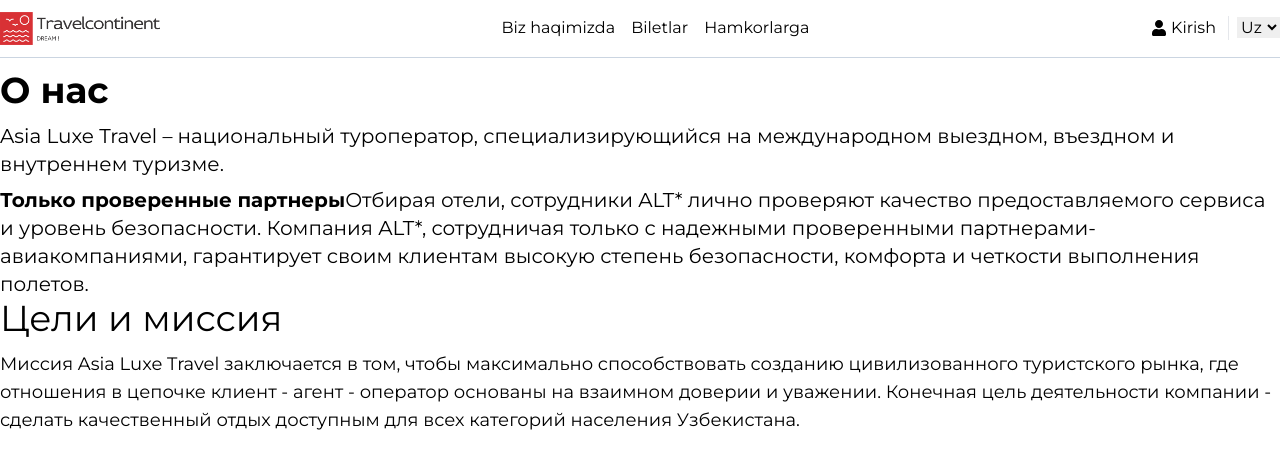
Repository: ziyodbek0300/avia-sales_
Page: /about-us
An editor plug-in stored every save of this project. The page is shown before and after a run of saves, followed by the edit.
The browser window is 1280 px wide. The pictures show the whole page.
The project was rebuilt for these pictures with package versions that can differ from the ones it lists, and the page was loaded fresh each time. Also part of the build but not shown: src/containers/home/Home.jsx.

Above is the page before, as saved 2022-06-04 00:33:12.

### src/index.js
import React from 'react';
import ReactDOM from 'react-dom/client';
import './index.scss';
import App from './App';
import { BrowserRouter } from 'react-router-dom';

// Import the functions you need from the SDKs you need
import { initializeApp } from "firebase/app";

const firebaseConfig = {
  apiKey: "AIzaSyCh8iVwHAk4edTRMCTfsixFgQGgbxiQ__o",
  authDomain: "travelcontinent-6deec.firebaseapp.com",
  projectId: "travelcontinent-6deec",
  storageBucket: "travelcontinent-6deec.appspot.com",
  messagingSenderId: "267962106998",
  appId: "1:267962106998:web:0326271bfbdab5676e8b57"
};

// Initialize Firebase
const app = initializeApp(firebaseConfig);
const root = ReactDOM.createRoot(document.getElementById('root'));
root.render(
  <React.StrictMode>
    <BrowserRouter>
      <App />
    </BrowserRouter>
  </React.StrictMode>
)

### src/index.scss
@tailwind base;
@tailwind components;
@tailwind utilities;
// font by google fonts
@import url('https://fonts.googleapis.com/css2?family=Montserrat:ital,wght@0,100;0,200;0,300;0,400;0,500;0,600;0,700;0,800;0,900;1,100;1,200;1,300;1,400;1,500;1,600;1,700;1,800;1,900&display=swap');

* {
  font-family: 'Montserrat', sans-serif;
}

code {
  font-family: source-code-pro, Menlo, Monaco, Consolas, 'Courier New',
    monospace;
}

.card-filter-courses {
  top: 5rem !important;
}

.card {
  grid-row: 1 / 3;
  background-size: cover;
  background-repeat: no-repeat;
}

/*main courses */
.main-courses {
  display: grid;
  grid-template-columns: 1fr 1fr;
  grid-template-rows: 10rem 10rem;
  grid-gap: 1rem;
}

.main-courses div:first-child {
  grid-row: 1 / 3;
}

.main-courses div {
  background-repeat: no-repeat;
  background-size: cover;
  background-image: linear-gradient(rgba(0, 0, 0, 0.1), rgba(0, 0, 0, 0.1));
  color: #fff;
}

.bg-custom {
  background: #f4f8fa !important;
}

### src/App.js
import { Route, Routes } from "react-router-dom";
import Navbar from "./components/navbar/Navbar";
import About from "./containers/about/About";
import Home from "./containers/home/Home";

function App() {
  return (
    <div>
      <Navbar />
      <Routes>
        <Route path="/" element={<Home />} />
        <Route path="/about-us" element={<About />} />
      </Routes>
    </div>
  );
}

export default App;

### src/components/navbar/Navbar.jsx
import React from 'react'
import { FaUser } from 'react-icons/fa';
import { NavLink } from 'react-router-dom';
import Logo from '../../static/images/logo.png'

function Navbar() {
    return (
        <div className='border-b border-b-slate-300 py-3'>
            <nav className=' flex justify-between items-center max-w-7xl mx-auto'>
                <div className="logo">
                    <img src={Logo} className="w-40" alt="logo" />
                </div>
                <ul className='flex gap-4'>
                    <li>
                        <NavLink to='/about-us'>Biz haqimizda</NavLink>
                    </li>
                    <li>Biletlar</li>
                    <li>Hamkorlarga</li>
                </ul>
                <ul className='flex gap-2'>
                    <li className='flex items-center border-r pr-3'>
                        <FaUser />&nbsp;Kirish
                    </li>
                    <li>
                        <select name="lang" id="lang" className='border-slate-500'>
                            <option value="uz">Uz</option>
                            <option value="uz">Ru</option>
                            <option value="uz">En</option>
                        </select>
                    </li>
                </ul>
            </nav>
        </div>
    )
}

export default Navbar

### src/containers/about/About.jsx
import React from 'react'

function About() {
    return (
        <div className='max-w-7xl mx-auto'>
            <div className='my-3'>
                <p className='text-4xl font-bold mb-3'>О нас</p>
                <p className='text-xl mb-2'>
                    Asia Luxe Travel – национальный туроператор, специализирующийся на международном выездном, въездном и внутреннем туризме.
                </p>
                <p className='text-xl'>
                    <b>Только проверенные партнеры</b>
                    Отбирая отели, сотрудники ALT* лично проверяют качество предоставляемого сервиса и уровень безопасности. Компания ALT*, сотрудничая только с надежными проверенными партнерами-авиакомпаниями, гарантирует своим клиентам высокую степень безопасности, комфорта и четкости выполнения полетов.
                </p>
                <p className='text-4xl font-normal mb-3'>Цели и миссия</p>
                <p className='text-lg'>
                    Миссия Asia Luxe Travel заключается в том, чтобы максимально способствовать созданию цивилизованного туристского рынка, где отношения в цепочке клиент - агент - оператор основаны на взаимном доверии и уважении. Конечная цель деятельности компании - сделать качественный отдых доступным для всех категорий населения Узбекистана.
                </p>
            </div>
        </div>
    )
}

export default About

Loaded but not shown: public/index.html (common file); tailwind.config.js (common file)

After the next 2 saves:
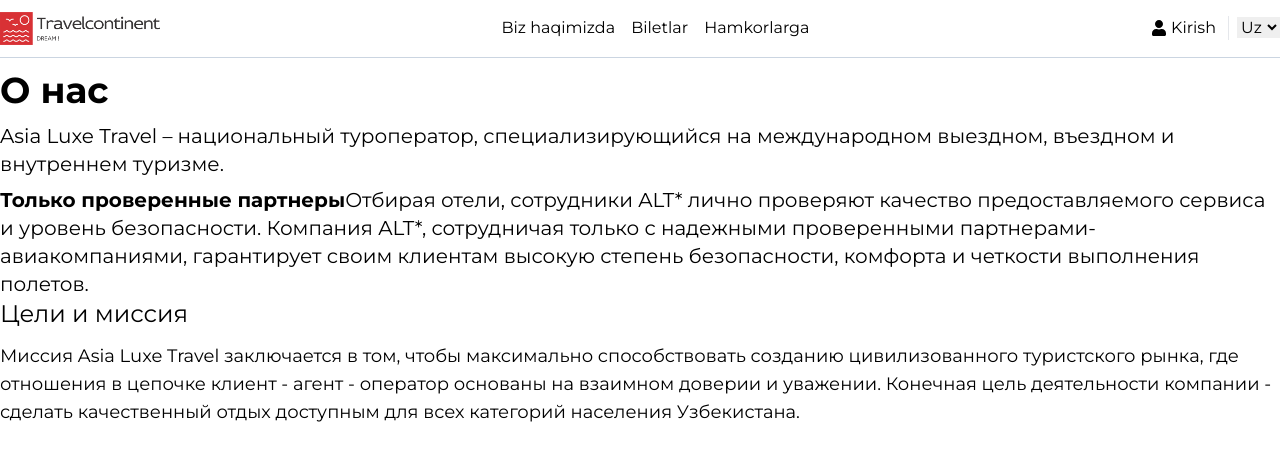
The 2 saves are shown as one change because they came seconds apart.
The last was saved 12 s later.
--- a/src/containers/about/About.jsx
+++ b/src/containers/about/About.jsx
@@ -12,7 +12,7 @@
                     <b>Только проверенные партнеры</b>
                     Отбирая отели, сотрудники ALT* лично проверяют качество предоставляемого сервиса и уровень безопасности. Компания ALT*, сотрудничая только с надежными проверенными партнерами-авиакомпаниями, гарантирует своим клиентам высокую степень безопасности, комфорта и четкости выполнения полетов.
                 </p>
-                <p className='text-4xl font-normal mb-3'>Цели и миссия</p>
+                <p className='text-2xl font-normal mb-3'>Цели и миссия</p>
                 <p className='text-lg'>
                     Миссия Asia Luxe Travel заключается в том, чтобы максимально способствовать созданию цивилизованного туристского рынка, где отношения в цепочке клиент - агент - оператор основаны на взаимном доверии и уважении. Конечная цель деятельности компании - сделать качественный отдых доступным для всех категорий населения Узбекистана.
                 </p>
